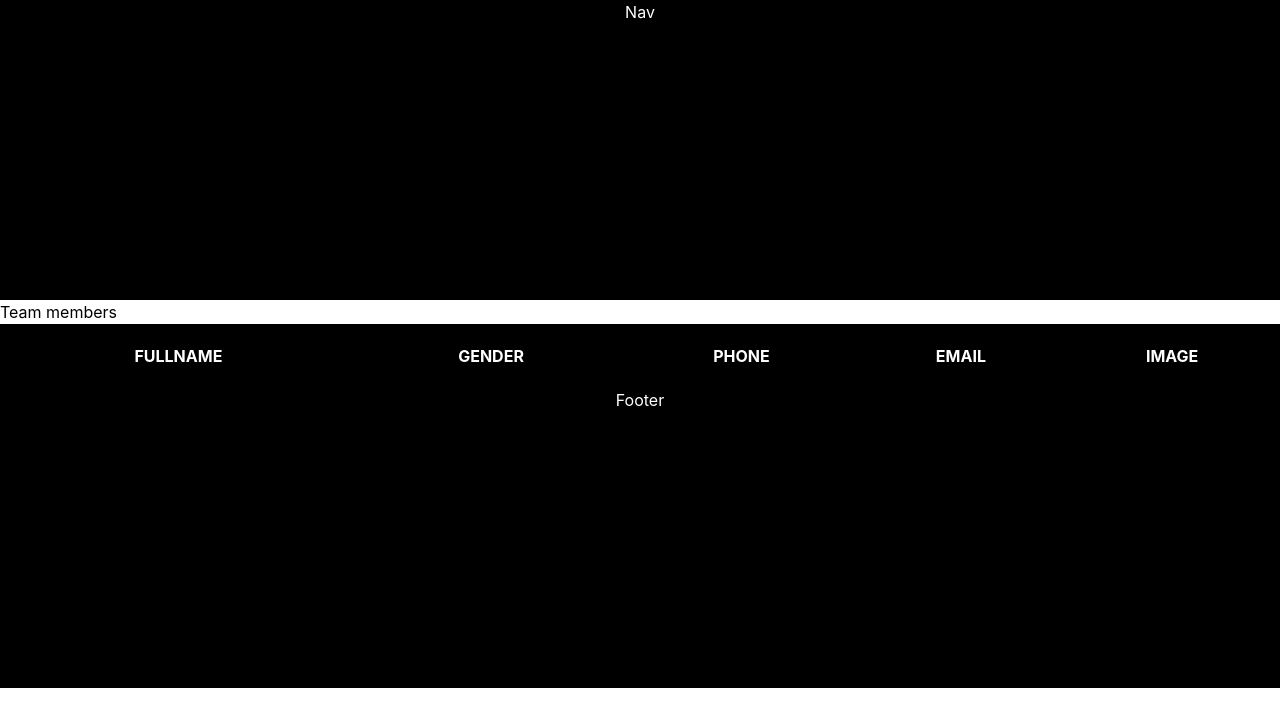
Repository: Eugene44-hub/SHRGroup46-capstone
Page: /members
These files come from the project's save history. The page is drawn as it stood at one moment and after the next save; the edit follows.
The browser window is 1280 px wide. The pictures show the whole page.
The page's requests for data from a server got no answer. The project was rebuilt for these pictures with package versions that can differ from the ones it lists, and the page was loaded fresh each time. No one was signed in, and anything a server would have sent is missing.

Above is the page before, as saved 2022-05-17 13:25:38.

After the next save:
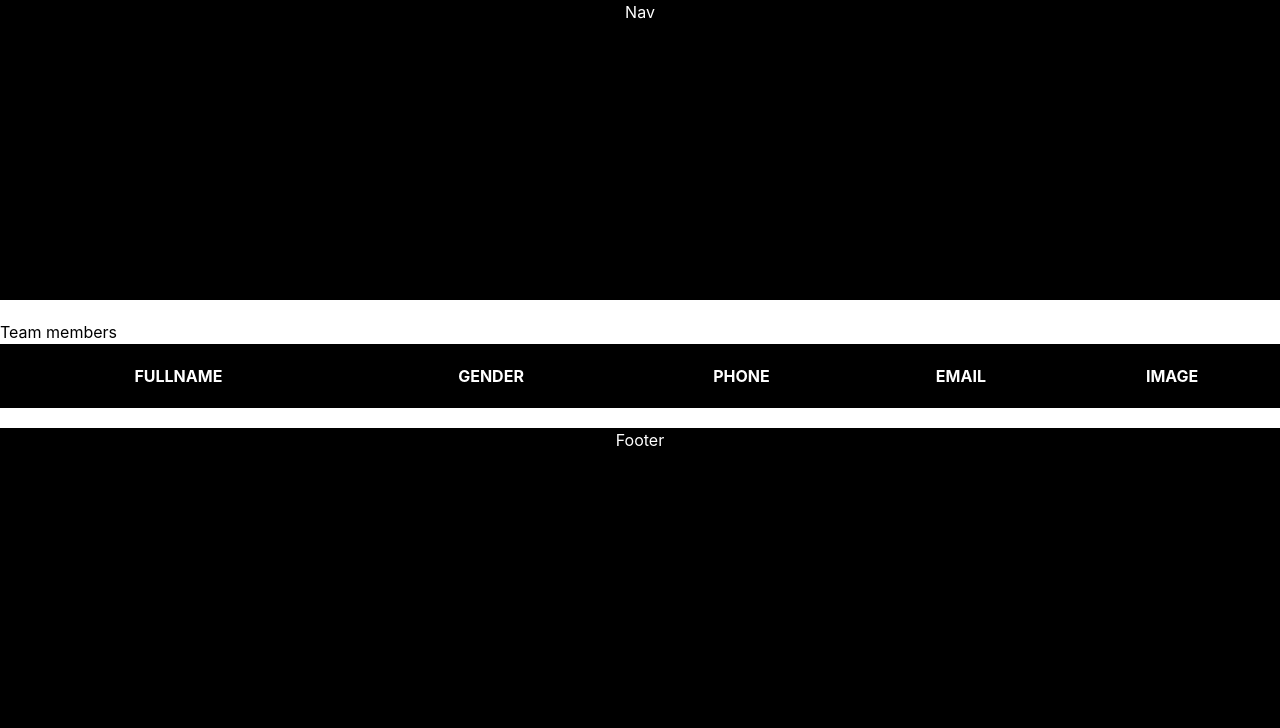
Saved 82 s later.
--- a/src/pages/members/Members.jsx
+++ b/src/pages/members/Members.jsx
@@ -9,7 +9,7 @@ const Members = ({members}) => {
 
 console.log(members);
   return (
-    <section>
+    <section className='my-5'>
     <div className='container'>
     <header>
       Team members
